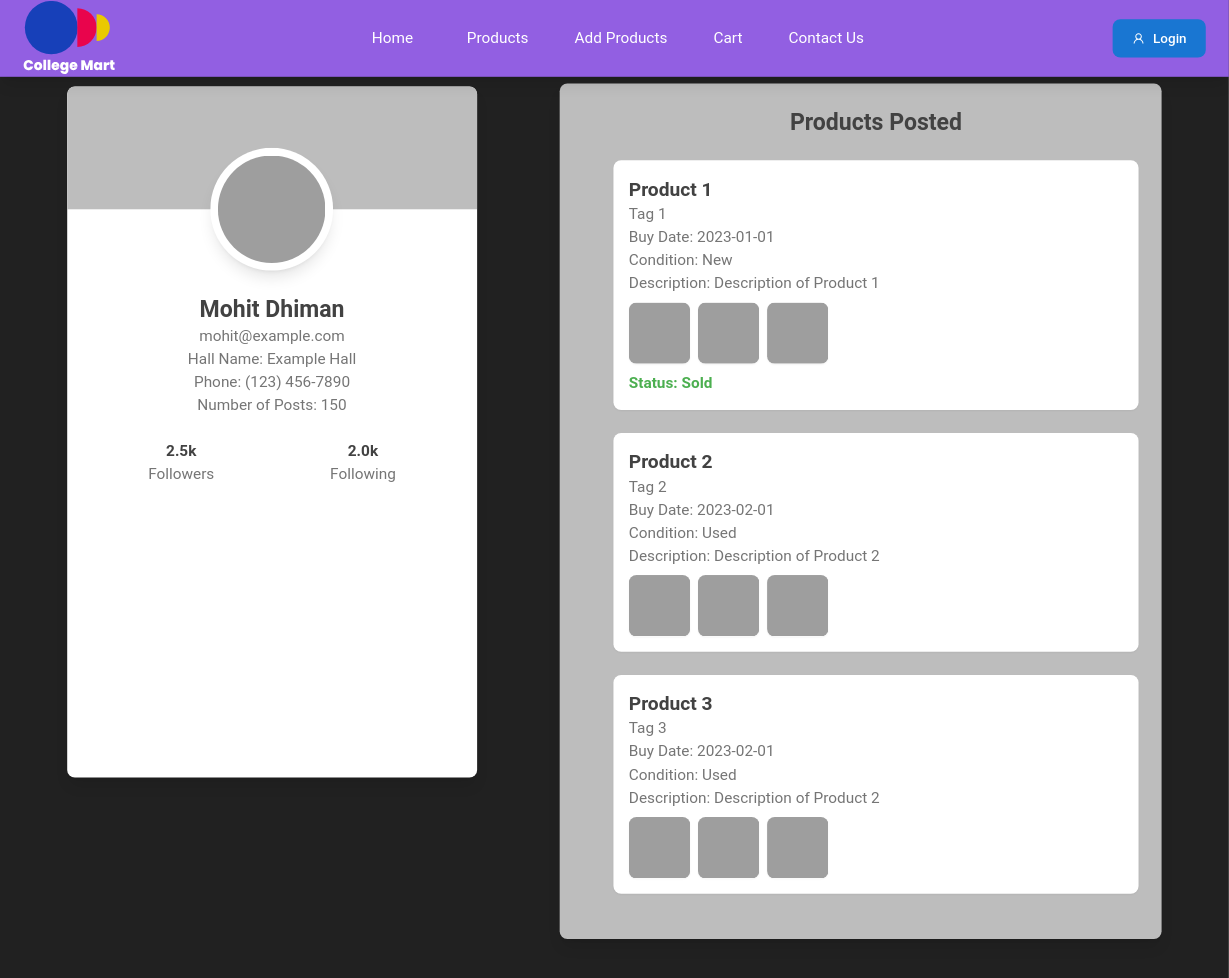
Repository: kumar1397/College-Mart
Page: /home/profile
An editor plug-in stored every save of this project. The page is shown before and after the next save, followed by the edit.
The browser window is 1280 px wide. The pictures show the whole page, at 96% of full size.
Pictures or frames that could not be fetched are drawn as grey boxes. Some web fonts or font styles are not loaded; a fallback is used. Some web libraries are served in a nearby version. The project was rebuilt for these pictures with package versions that can differ from the ones it lists, and the page was loaded fresh each time. Also part of the build but not shown: src/components/forgetPassword/forgetpassword.jsx, src/components/Auth.js, src/components/hero/Heronavbar.jsx, src/components/hero/footer.jsx, src/components/hero/Carousel.jsx, src/components/hero/Hero.jsx, src/components/new-home-page/header.jsx, src/components/new-home-page/footer_cont.jsx and 12 more.

Above is the page before, as saved 2024-07-15 16:20:21.

### public/index.html
<!DOCTYPE html>
<html lang="en">
  <head>
    <meta charset="utf-8" />
    <!-- <link rel="icon" href="%PUBLIC_URL%/favicon.ico" /> -->
    <meta name="viewport" content="width=device-width, initial-scale=1" />
    <meta name="theme-color" content="#000000" />

    <meta
      name="description"
      content="Web site created using create-react-app"
    />
    <link rel="preconnect" href="https://fonts.googleapis.com" />
    <link rel="preconnect" href="https://fonts.gstatic.com" crossorigin />
    <link
      href="https://fonts.googleapis.com/css2?family=Playwrite+GB+S:ital,wght@0,100..400;1,100..400&display=swap"
      rel="stylesheet"
    />
    <link rel="preconnect" href="https://fonts.googleapis.com" />
    <link rel="preconnect" href="https://fonts.gstatic.com" crossorigin />
    <link
      href="https://fonts.googleapis.com/css2?family=Archivo:ital,wght@0,100..900;1,100..900&family=Exo+2:ital,wght@0,600;1,600&display=swap"
      rel="stylesheet"
    />
    <link rel="preconnect" href="https://fonts.googleapis.com" />
    <link rel="preconnect" href="https://fonts.gstatic.com" crossorigin />
    <link
      href="https://fonts.googleapis.com/css2?family=Archivo:ital,wght@0,100..900;1,100..900&family=Exo+2:ital,wght@0,600;1,600&family=Montserrat+Alternates:ital,wght@0,100;0,200;0,300;0,400;0,500;0,600;0,700;0,800;0,900;1,100;1,200;1,300;1,400;1,500;1,600;1,700;1,800;1,900&display=swap"
      rel="stylesheet"
    />
    <link
      rel="stylesheet"
      type="text/css"
      charset="UTF-8"
      href="https://cdnjs.cloudflare.com/ajax/libs/slick-carousel/1.6.0/slick.min.css"
    />
    <link
      rel="stylesheet"
      type="text/css"
      href="https://cdnjs.cloudflare.com/ajax/libs/slick-carousel/1.6.0/slick-theme.min.css"
    />
    <!-- <link rel="apple-touch-icon" href="%PUBLIC_URL%/logo192.png" /> -->
    <!-- <link rel="manifest" href="%PUBLIC_URL%/manifest.json" /> -->
    <title>College Mart</title>
  </head>

  <body>
    <noscript>You need to enable JavaScript to run this app.</noscript>
    <div id="root"></div>
  </body>
</html>

### src/index.js
import React from 'react';
import ReactDOM from 'react-dom/client';
import './index.css';
import App from './App';
import reportWebVitals from './reportWebVitals';
// import { BrowserRouter } from 'react-router-dom';

import { ThemeProvider } from "@material-tailwind/react";

const root = ReactDOM.createRoot(document.getElementById('root'));
root.render(

    <React.StrictMode>
      <ThemeProvider>
      <App />
      </ThemeProvider>
    </React.StrictMode>

);

// If you want to start measuring performance in your app, pass a function
// to log results (for example: reportWebVitals(console.log))
// or send to an analytics endpoint. Learn more: https://bit.ly/CRA-vitals
reportWebVitals();

### src/index.css
@tailwind base;
@tailwind components;
@tailwind utilities;


.bgblackAuth {
  background: url('/public/Frame2.svg');
}

.bgcolorAuth {
  background: url('/public/colorbg.svg ')
}

.hnavbg {
  background: url('/public/hnavbg.svg');
  background-size: 100%;
}

.herohomebg {
  background: url('/public/homebg.svg') no-repeat;
  background-size: 100%;
}

@import url('https://fonts.googleapis.com/css2?family=Roboto:wght@400;500;700&display=swap');


.playwrite {
  font-family: "Playwrite GB S", cursive;
  font-optical-sizing: auto;
  font-weight: 400;
  font-style: normal;
}

.exo {
  font-family: "Exo 2", sans-serif;
  font-optical-sizing: auto;
  font-weight: 600;
  font-style: normal;
}

.mont {
  font-family: "Montserrat Alternates", sans-serif;
  font-weight: 300;
  font-style: normal;
}

### src/App.js
import Auth from "./components/Auth";
import Hero from "./components/hero/Hero";
import Home02 from "./components/new-home-page/parent";
import { AuthProvider } from "./contexts/AuthContext";
import ContactUs from "./components/contact-us/contact";
import { Route, Routes, BrowserRouter as Router } from "react-router-dom";
import ProductFormCard from "./components/product/newProduct";
import Profile from "./components/profile/profile";
import ResetPassword from "./components/forgetPassword/resetpassword";
import ForgotPassword from "./components/forgetPassword/forgetpassword";

function App() {
  return (
    <div>
      <Router>
        <AuthProvider>
          <Routes>
            <Route exact path="/" element={<Hero />} />
            <Route path="/auth" element={<Auth />} />
            <Route path="/home" element={<Home02 />} />
            <Route path="/home/profile" element={<Profile />} />
            <Route path="/home/form" element={<ProductFormCard />} />
            <Route path="/contactus" element={<ContactUs />} />
            <Route path="/forgot_password" element={<ForgotPassword/>} />
            <Route path="/reset/:token" element={< ResetPassword/>} />
          </Routes>
        </AuthProvider>
      </Router>
    </div>
  );
}

export default App;

### src/contexts/AuthContext.js
import React, { createContext, useState, useEffect } from "react";
import { useNavigate } from "react-router-dom";

const AuthContext = createContext();

export const AuthProvider = ({ children }) => {
  const [user, setUser] = useState(null);
  const navigate = useNavigate();

  useEffect(() => {
    const token = localStorage.getItem("token");
    const storedUser = JSON.parse(localStorage.getItem("user"));

    if (token && storedUser) {
      setUser(storedUser);
    } else {
      // navigate("");
    }
  }, [navigate]);

  const login = (userData, token) => {
    localStorage.setItem("token", token);
    localStorage.setItem("user", JSON.stringify(userData));
    setUser(userData);
    navigate("/home");
  };

  const logout = () => {
    localStorage.removeItem("token");
    localStorage.removeItem("user");
    setUser(null);
    navigate("/auth");
  };

  return (
    <AuthContext.Provider value={{ user, login, logout }}>
      {children}
    </AuthContext.Provider>
  );
};

export default AuthContext;

### src/components/profile/profile.jsx
import React from "react";
import ProductComponent  from "./UserProfile";
import { FontAwesomeIcon } from '@fortawesome/react-fontawesome';
import { faPhone, faEnvelope } from '@fortawesome/free-solid-svg-icons';
import Navbar from "../new-home-page/navbar";
const products = [
    {
        id: 1,
        name: "Product 1",
        tag: "Tag 1",
        buyDate: "2023-01-01",
        condition: "New",
        description: "Description of Product 1",
        images: ["/logo192.png", "/shoes01.webp","/ycle.webp"]
    },
    {
        id: 2,
        name: "Product 2",
        tag: "Tag 2",
        buyDate: "2023-02-01",
        condition: "Used",
        description: "Description of Product 2",
        images: ["/logo192.png", "/shoes01.webp","/ycle.webp"]
    },
    {
        id: 3,
        name: "Product 3",
        tag: "Tag 3",
        buyDate: "2023-02-01",
        condition: "Used",
        description: "Description of Product 2",
        images: ["/logo192.png", "/shoes01.webp","/ycle.webp"]
    }

];
export default function Profile() {
    return (
        <>
            <Navbar />
            <div className="bg-gray-900 min-h-screen flex">
                <div className="container mx-auto my-16 flex">
                    <div className="lg:w-1/3 bg-white rounded-lg shadow-lg overflow-hidden h-full fixed " style={{ marginRight: "65%", marginTop: "2%", marginBottom: "2%"}}>
                        <div className="h-32 bg-gray-400"></div>
                        <div className="flex justify-center -mt-16">
                            <img className="h-32 w-32 bg-white p-2 rounded-full shadow-lg" src="https://images.unsplash.com/photo-1535713875002-d1d0cf377fde?ixid=MnwxMjA3fDB8MHxwaG90by1wYWdlfHx8fGVufDB8fHx8&ixlib=rb-1.2.1&auto=format&fit=crop&w=2000&q=80" alt="Profile" />
                        </div>
                        <div className="p-6 text-center">
                            <h2 className="text-2xl font-semibold text-gray-800">Mohit Dhiman</h2>
                            <p className="text-gray-600">mohit@example.com</p>
                            <p className="text-gray-600">Hall Name: Example Hall</p>
                            <p className="text-gray-600">Phone: (123) 456-7890</p>
                            <p className="text-gray-600">Number of Posts: 150</p>
                            <div className="mt-6 flex justify-around">
                                <div className="text-center">
                                    <p className="font-semibold text-gray-800">2.5k</p>
                                    <p className="text-gray-600">Followers</p>
                                </div>
                                <div className="text-center">
                                    <p className="font-semibold text-gray-800">2.0k</p>
                                    <p className="text-gray-600">Following</p>
                                </div>
                            </div>
                        </div>
                    </div>

                    <div className="lg:ml-1/3 w-full bg-gray-400 rounded-lg shadow-lg overflow-y-auto h-full pl-8" style={{ marginLeft: "45%" , marginTop: "2%"}}>
                        <div className="p-6">
                            <h2 className="text-2xl font-semibold text-gray-800 text-center">Products Posted</h2>
                            <div className="mt-6 space-y-6">
                                {products.map((product, index) => (
                                    <div key={product.id} className="p-4 bg-white rounded-lg shadow-sm">
                                        <h3 className="text-xl font-bold text-gray-800">{product.name}</h3>
                                        <p className="text-gray-600">{product.tag}</p>
                                        <p className="text-gray-600">Buy Date: {product.buyDate}</p>
                                        <p className="text-gray-600">Condition: {product.condition}</p>
                                        <p className="text-gray-600">Description: {product.description}</p>
                                        <div className="mt-2 flex space-x-2">
                                            {product.images.map((image, imgIndex) => (
                                                <img key={imgIndex} src={image} alt={`Product ${product.id}`} className="w-16 h-16 rounded-lg shadow-sm" />
                                            ))}
                                        </div>
                                        {index === 0 && <p className="mt-2 text-green-500 font-semibold">Status: Sold</p>}
                                    </div>
                                ))}
                            </div>
                        </div>
                    </div>
                </div>
            </div>
        </>


    )
}

### src/components/new-home-page/navbar.jsx
import React, { useState, useContext } from "react";
import { Link } from "react-router-dom";
import {
  AiOutlineClose,
  AiOutlineMenu,
  AiOutlineUser,
  AiOutlineLogout,
} from "react-icons/ai";
import AuthContext from "../../contexts/AuthContext";
import Logo from "./logo.svg"
const Navbar = () => {
  const { user, logout } = useContext(AuthContext);
  const [nav, setNav] = useState(false);
  const [isDropdownOpen, setIsDropdownOpen] = useState(false);

  const navItems = [
    { id: 1, text: "Home", path: "/" },
    { id: 2, text: "Products", path: "/products" },
    { id: 3, text: "Add Products", path: "/add-products" },
    { id: 4, text: "Cart", path: "/cart" },
    { id: 4, text: "Contact Us", path: "/contactus" },
  ];

  const handleNav = () => setNav(!nav);
  const toggleDropdown = () => setIsDropdownOpen(!isDropdownOpen);

  return (
    <div className="bg-[#925FE2] shadow-lg flex justify-between z-20 items-center h-20 w-full px-6 text-white fixed">
      <div className="flex items-center space-x-2">
        <div className=" w-24 max-w-24"><img src={Logo} alt="" /></div>
      </div>

      <ul className="hidden md:flex space-x-4">
        {navItems.map((item) => (
          <li
            key={item.id}
            className="p-4 hover:bg-white rounded-xl m-2 cursor-pointer duration-300 hover:text-black"
          >
            <Link to={item.path}>{item.text}</Link>
          </li>
        ))}
      </ul>

      <div className="block md:hidden" onClick={handleNav}>
        {nav ? <AiOutlineClose size={20} /> : <AiOutlineMenu size={20} />}
      </div>

      <ul
        className={`fixed top-0 left-0 w-[60%] h-full border-r border-r-gray-900 bg-[#000300] ease-in-out duration-500 ${
          nav ? "left-0" : "left-[-100%]"
        } md:hidden`}
      >
        <h1 className="w-full text-3xl font-bold text-[#00df9a] m-4">REACT.</h1>
        {navItems.map((item) => (
          <li
            key={item.id}
            className="p-4 border-b rounded-xl hover:bg-[#00df9a] duration-300 hover:text-black cursor-pointer border-gray-600"
          >
            <Link to={item.path}>{item.text}</Link>
          </li>
        ))}
      </ul>

      <div className="relative flex items-center space-x-4">
        {user ? (
          <>
            <button
              id="dropdownDefaultButton"
              onClick={toggleDropdown}
              className="flex items-center text-white bg-blue-700 hover:bg-blue-800 focus:ring-4 focus:outline-none focus:ring-blue-300 font-medium rounded-lg text-sm px-5 py-2.5 dark:bg-blue-600 dark:hover:bg-blue-700 dark:focus:ring-blue-800"
              type="button"
            >
              <AiOutlineUser className="w-6 h-6 mr-2" />
              <span>{user.name}</span>
              <svg
                className="w-2.5 h-2.5 ml-2"
                aria-hidden="true"
                xmlns="http://www.w3.org/2000/svg"
                fill="none"
                viewBox="0 0 10 6"
              >
                <path
                  stroke="currentColor"
                  strokeLinecap="round"
                  strokeLinejoin="round"
                  strokeWidth="2"
                  d="m1 1 4 4 4-4"
                />
              </svg>
            </button>
            {isDropdownOpen && (
              <div
                id="dropdown"
                className="absolute top-full mt-2 z-10 bg-white divide-y divide-gray-100 w-44 rounded-lg shadow dark:bg-gray-700"
              >
                <ul className="py-2 text-sm text-gray-700 dark:text-gray-200">
                  <li>
                    <Link
                      to="/home/profile"
                      className=" px-4 py-2 hover:bg-gray-100 dark:hover:bg-gray-600 dark:hover:text-white w-full text-left flex items-center"
                    >
                      <AiOutlineUser className="mr-2" />
                      Profile
                    </Link>
                  </li>
                  <li>
                    <button
                      className=" px-4 py-2 hover:bg-gray-100 dark:hover:bg-gray-600 dark:hover:text-white w-full text-left flex items-center"
                      onClick={logout}
                    >
                      <AiOutlineLogout className="mr-2" />
                      Logout
                    </button>
                  </li>
                </ul>
              </div>
            )}
          </>
        ) : (
          <Link
            to="/login"
            className="flex items-center px-5 py-2.5 bg-blue-700 hover:bg-blue-800 focus:ring-4 focus:outline-none focus:ring-blue-300 text-sm font-medium rounded-lg dark:bg-blue-600 dark:hover:bg-blue-700 dark:focus:ring-blue-800"
          >
            <AiOutlineUser className="mr-2" />
            Login
          </Link>
        )}
      </div>
    </div>
  );
};

export default Navbar;

### tailwind.config.js
/** @type {import('tailwindcss').Config} */

// const withMT = require("@material-tailwind/react/utils/withMT");

// const config={
//   content: [
//     "./src/**/*.{js,jsx,ts,tsx}",
//   ],
//   theme: {
//     extend: {},
//   },
//   plugins: [],
// }

// module.exports = withMT(config);

const withMT = require("@material-tailwind/react/utils/withMT");

module.exports = withMT({
  content: ["./src/**/*.{js,jsx,ts,tsx}"],
  theme: {
    extend: {
      keyframes: {
        gradient: {
          '0%': { backgroundPosition: '0% 50%' },
          '50%': { backgroundPosition: '100% 50%' },
          '100%': { backgroundPosition: '0% 50%' },
        },
      },
      animation: {
        'gradient-bg': 'gradient 15s ease infinite',
      },
      backgroundImage: {
        'gradient-radial': 'radial-gradient(circle, var(--tw-gradient-stops))',
        'gradient-linear': 'linear-gradient(270deg, #ff9a9e, #fad0c4, #fad0c4, #ff9a9e)',
      },
    },
  },
  plugins: [],
});

Loaded but not shown: src/reportWebVitals.js (common file)

After the next save:
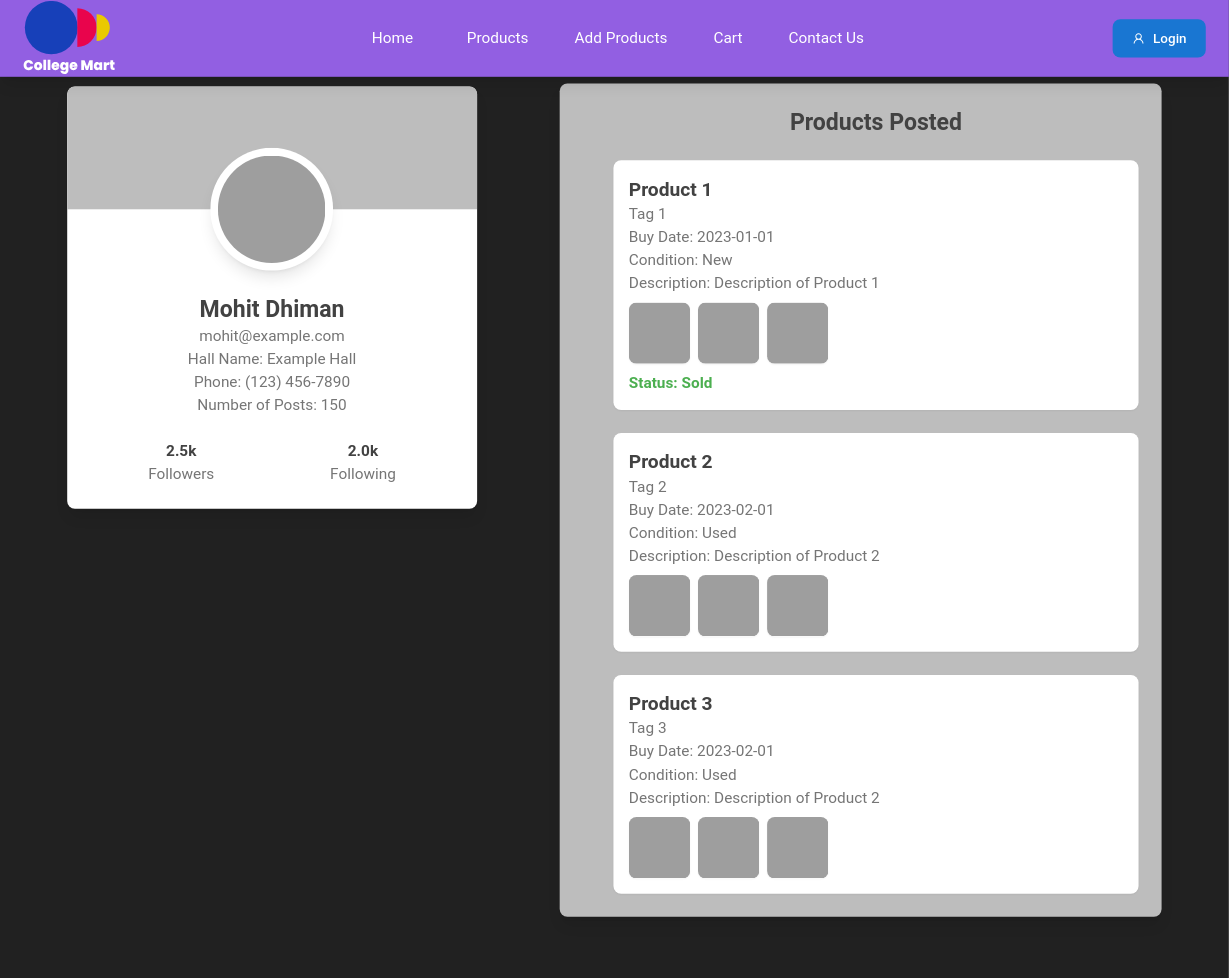
Saved 8 min 55 s later.
--- a/src/components/profile/profile.jsx
+++ b/src/components/profile/profile.jsx
@@ -39,7 +39,7 @@ export default function Profile() {
             <Navbar />
             <div className="bg-gray-900 min-h-screen flex">
                 <div className="container mx-auto my-16 flex">
-                    <div className="lg:w-1/3 bg-white rounded-lg shadow-lg overflow-hidden h-full fixed " style={{ marginRight: "65%", marginTop: "2%", marginBottom: "2%"}}>
+                    <div className="lg:w-1/3 bg-white rounded-lg shadow-lg overflow-hidden h-fit fixed " style={{ marginRight: "65%", marginTop: "2%", marginBottom: "2%"}}>
                         <div className="h-32 bg-gray-400"></div>
                         <div className="flex justify-center -mt-16">
                             <img className="h-32 w-32 bg-white p-2 rounded-full shadow-lg" src="https://images.unsplash.com/photo-1535713875002-d1d0cf377fde?ixid=MnwxMjA3fDB8MHxwaG90by1wYWdlfHx8fGVufDB8fHx8&ixlib=rb-1.2.1&auto=format&fit=crop&w=2000&q=80" alt="Profile" />
@@ -63,7 +63,7 @@ export default function Profile() {
                         </div>
                     </div>
 
-                    <div className="lg:ml-1/3 w-full bg-gray-400 rounded-lg shadow-lg overflow-y-auto h-full pl-8" style={{ marginLeft: "45%" , marginTop: "2%"}}>
+                    <div className="lg:ml-1/3 w-full bg-gray-400 rounded-lg shadow-lg overflow-y-auto h-fit pl-8" style={{ marginLeft: "45%" , marginTop: "2%"}}>
                         <div className="p-6">
                             <h2 className="text-2xl font-semibold text-gray-800 text-center">Products Posted</h2>
                             <div className="mt-6 space-y-6">
